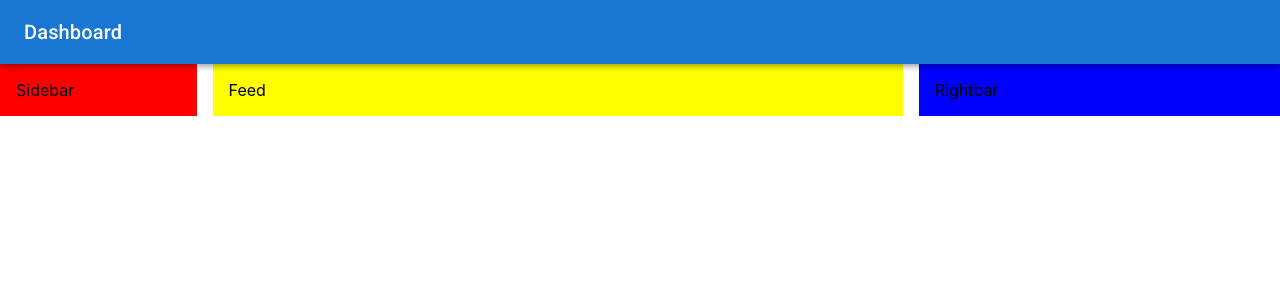
Repository: abubaker-cs/mui5_dashboard
Page: /
The author's editor kept a copy of each file at every save. The page is drawn from the files as they stood at one save, then again after the next save.
The browser window is 1280 px wide. The pictures show the whole page.
The project was rebuilt for these pictures with package versions that can differ from the ones it lists, and the page was loaded fresh each time. Also part of the build but not shown: src/App.css.

Above is the page before, as saved 2022-07-17 05:46:53.

### public/index.html
<!DOCTYPE html>
<html lang="en">
  <head>
    <meta charset="utf-8" />
    <link rel="icon" href="%PUBLIC_URL%/favicon.ico" />
    <meta name="viewport" content="width=device-width, initial-scale=1" />
    <meta name="theme-color" content="#000000" />
    <meta
      name="description"
      content="Web site created using create-react-app"
    />
    <link rel="apple-touch-icon" href="%PUBLIC_URL%/logo192.png" />

    <link rel="manifest" href="%PUBLIC_URL%/manifest.json" />
    <link
      rel="stylesheet"
      href="https://fonts.googleapis.com/css?family=Roboto:300,400,500,700&display=swap"
    />
    <link
      rel="stylesheet"
      href="https://fonts.googleapis.com/icon?family=Material+Icons"
    />

    <title>React App</title>
  </head>
  <body>
    <noscript>You need to enable JavaScript to run this app.</noscript>
    <div id="root"></div>
  </body>
</html>

### src/App.js
import "./App.css";
import Sidebar from "./components/Sidebar";
import Feed from "./components/Feed";
import Rightbar from "./components/Rightbar";
import { Box, Stack } from "@mui/material";
import Navbar from "./components/Navbar";

function App() {
  return (
    <Box>
      <Navbar />
      <Stack direction="row" spacing={2} justifyContent="space-evenly">
        <Sidebar />
        <Feed />
        <Rightbar />
      </Stack>
    </Box>
  );
}

export default App;

### src/components/Sidebar.jsx
import { Box } from "@mui/material";
import React from "react";

const Sidebar = () => {
  return (
    <Box
      bgcolor="red"
      flex={1}
      p={2}
      sx={{ display: { xs: "none", sm: "block" } }}
    >
      Sidebar
    </Box>
  );
};

export default Sidebar;

### src/components/Feed.jsx
import { Box } from "@mui/material";
import React from "react";

const Feed = () => {
  return (
    <Box bgcolor="yellow" flex={4} p={2}>
      Feed
    </Box>
  );
};

export default Feed;

### src/components/Rightbar.jsx
import { Box } from "@mui/material";
import React from "react";

const Rightbar = () => {
  return (
    <Box
      bgcolor="blue"
      flex={2}
      p={2}
      sx={{ display: { xs: "none", sm: "block" } }}
    >
      Rightbar
    </Box>
  );
};

export default Rightbar;

### src/components/Navbar.jsx
import { AppBar, Toolbar, styled, Typography } from "@mui/material";
import React from "react";

const StyledToolbar = styled(Toolbar)({
  display: "flex",
  justifyContent: "space-between",
});

const Navbar = () => {
  return (
    <AppBar position="sticky">
      <StyledToolbar>
        <Typography variant="h6">Dashboard</Typography>
      </StyledToolbar>
    </AppBar>
  );
};

export default Navbar;

Loaded but not shown: src/index.js (common file); src/index.css (common file)

After the next save:
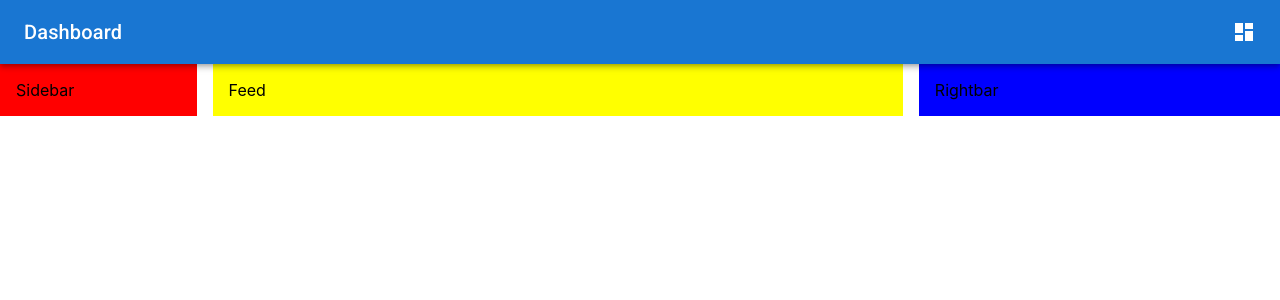
Saved 108 s later.
--- a/src/components/Navbar.jsx
+++ b/src/components/Navbar.jsx
@@ -1,3 +1,4 @@
+import { Dashboard } from "@mui/icons-material";
 import { AppBar, Toolbar, styled, Typography } from "@mui/material";
 import React from "react";
 
@@ -11,6 +12,7 @@
     <AppBar position="sticky">
       <StyledToolbar>
         <Typography variant="h6">Dashboard</Typography>
+        <Dashboard />
       </StyledToolbar>
     </AppBar>
   );
